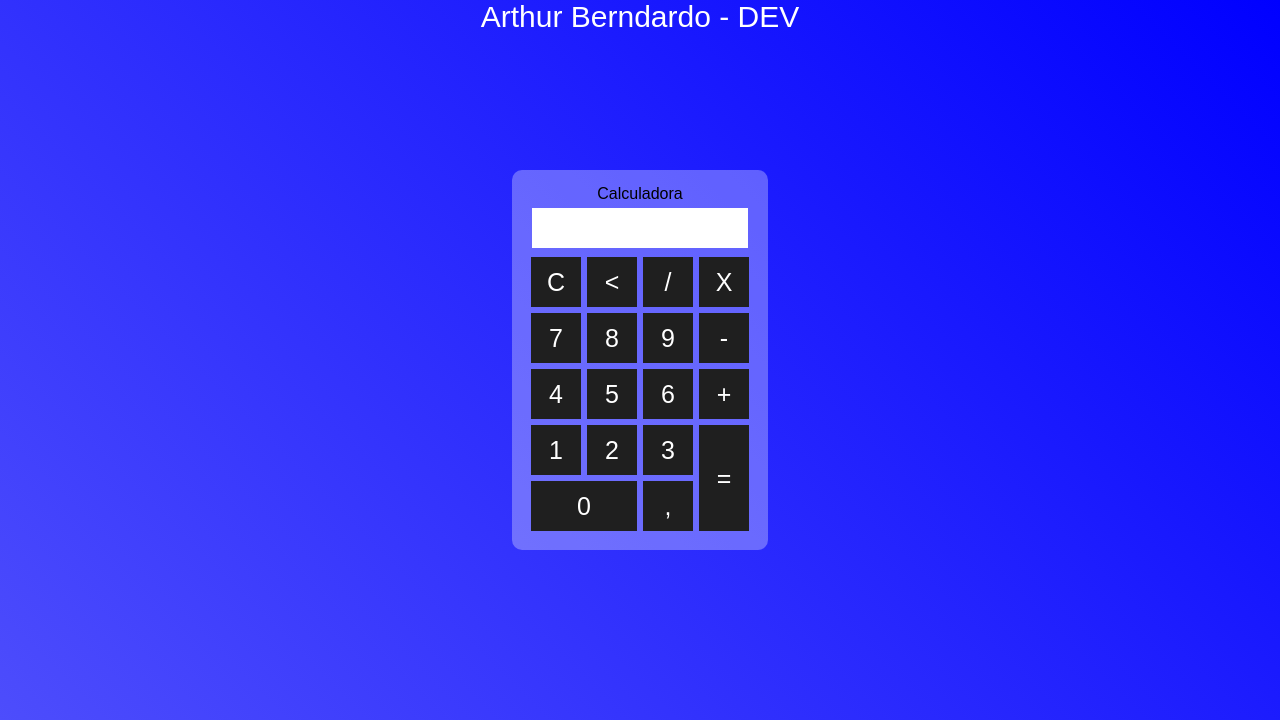
Repository: oThurDev/calculadora
Page: calculadora.html
An editor plug-in stored every save of this project. The page is shown before and after the next save, followed by the edit.
The browser window is 1280 px wide. The pictures show the whole page.

Above is the page before, as saved 2022-02-25 16:39:31.

### calculadora.html
<!DOCTYPE html>
<html lang="en">
<head>
    <meta charset="UTF-8">
    <meta name="viewport" content="width=device-width, initial-scale=1.0">
    <link rel="stylesheet" href="style_calculadora.css">
    <script src="./functions.js"></script>
    <title>Calculadora</title>
</head>
<body>
    <div class="fundo">
        <span class="title">Arthur Berndardo - DEV</span>
        <div class="calculadora">
            <span>Calculadora</span>
            <p id="resultado"></p>
            <table>
                <tr>
                    <td><button class="botao" onclick="clean()">C</button></td>
                    <td><button class="botao" onclick="back()"><</button></td>
                    <td><button class="botao" onclick="insert('/')">/</button></td>
                    <td><button class="botao" onclick="insert('*')">X</button></td>
                </tr>
                <tr>
                    <td><button class="botao" onclick="insert('7')">7</button></td>
                    <td><button class="botao" onclick="insert('8')">8</button></td>
                    <td><button class="botao" onclick="insert('9')">9</button></td>
                    <td><button class="botao" onclick="insert('-')">-</button></td>
                </tr>
                <tr>
                    <td><button class="botao" onclick="insert('4')">4</button></td>
                    <td><button class="botao" onclick="insert('5')">5</button></td>
                    <td><button class="botao" onclick="insert('6')">6</button></td>
                    <td><button class="botao" onclick="insert('+')">+</button></td>
                </tr>
                <tr>
                    <td><button class="botao" onclick="insert('1')">1</button></td>
                    <td><button class="botao" onclick="insert('2')">2</button></td>
                    <td><button class="botao" onclick="insert('3')">3</button></td>
                    <td rowspan="2"><button class="botao" style="height: 106px;" onclick="calcular()">=</button></td>
                </tr>
                <tr>
                    <td colspan="2"><button class="botao" style="width: 106px;" onclick="insert('0')">0</button></td>
                    <td><button class="botao" onclick="insert(',')">,</button></td>
                </tr>
            </table>
        </div>
    </div>
</body>
</html>

### style_calculadora.css
*{
    margin: 0;
    padding: 0;
}

.fundo{
    background-image: linear-gradient(45deg, rgb(77, 77, 252), blue);
    height: 100vh;
    color: black;
    font-family: Arial, Helvetica, sans-serif;
    text-align: center;
}

.title{
    font-size: 30px;
    color: white;
}

.calculadora{
    position: absolute;
    background-color: rgba(255, 255, 255, 0.3);
    top: 50%;
    left: 50%;
    transform: translate(-50%, -50%);
    border-radius: 10px;
    padding: 15px;
}

.botao{
    width: 50px;
    height: 50px;
    font-size: 25px;
    cursor: pointer;
    background-color: rgb(31, 31, 31);
    border: none;
    color: white;
    margin: 2px;
}

.botao:hover{
    background-color: black;
}

#resultado{
    background-color: white;
    height: 30px;
    margin: 5px;
    font-size: 20px;
    text-align: right;
    padding: 5px;
}

### functions.js
function insert(num)
{
    var numero = document.getElementById('resultado').innerHTML;
    document.getElementById('resultado').innerHTML = numero + num;
}

function clean()
{
    document.getElementById('resultado').innerHTML = "";
}

function back()
{
    var resultado = document.getElementById('resultado').innerHTML;
    document.getElementById('resultado').innerHTML = resultado.substring(0, resultado.length -1)
}

function calcular()
{
    var resultado = document.getElementById('resultado').innerHTML;
    if(resultado)
    {
        document.getElementById('resultado').innerHTML = eval(resultado)
    }
    else
    {
        document.getElementById('resultado').innerHTML = 'nada para calcular'
    }
}

After the next save:
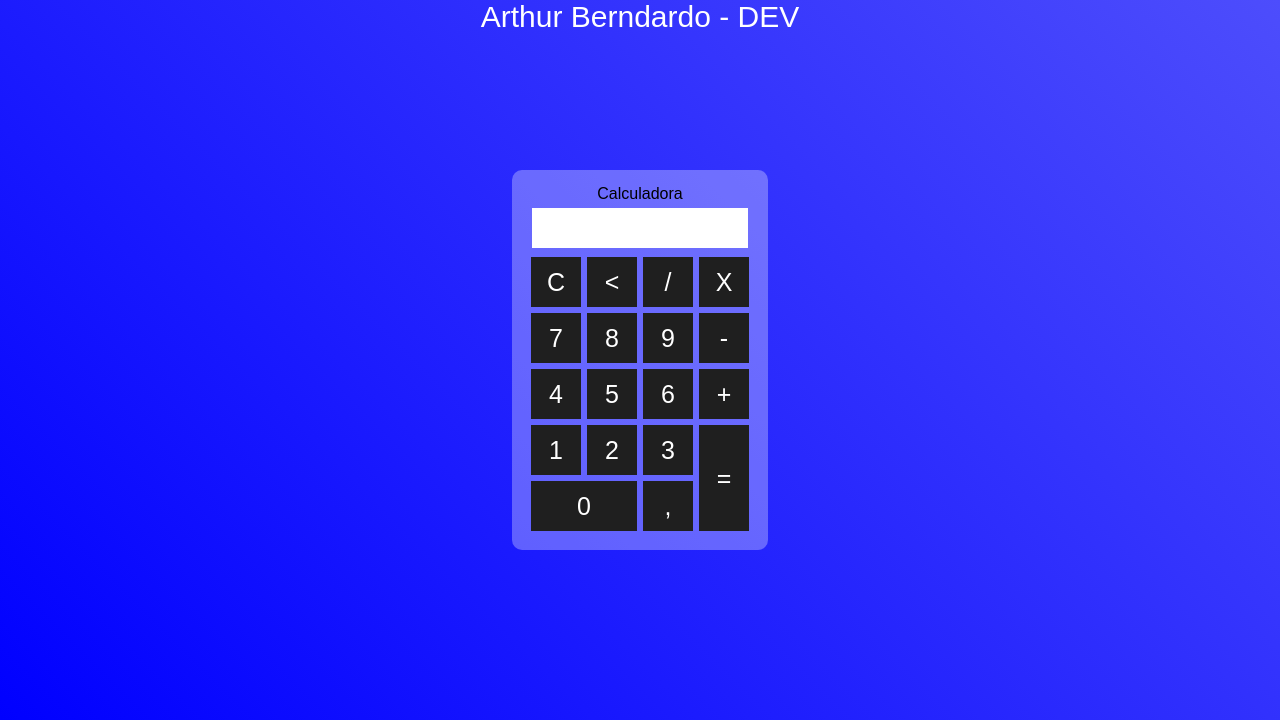
Saved 24 s later.
--- a/style_calculadora.css
+++ b/style_calculadora.css
@@ -4,7 +4,7 @@
 }
 
 .fundo{
-    background-image: linear-gradient(45deg, rgb(77, 77, 252), blue);
+    background-image: linear-gradient(45deg, blue, rgb(77, 77, 252));
     height: 100vh;
     color: black;
     font-family: Arial, Helvetica, sans-serif;
